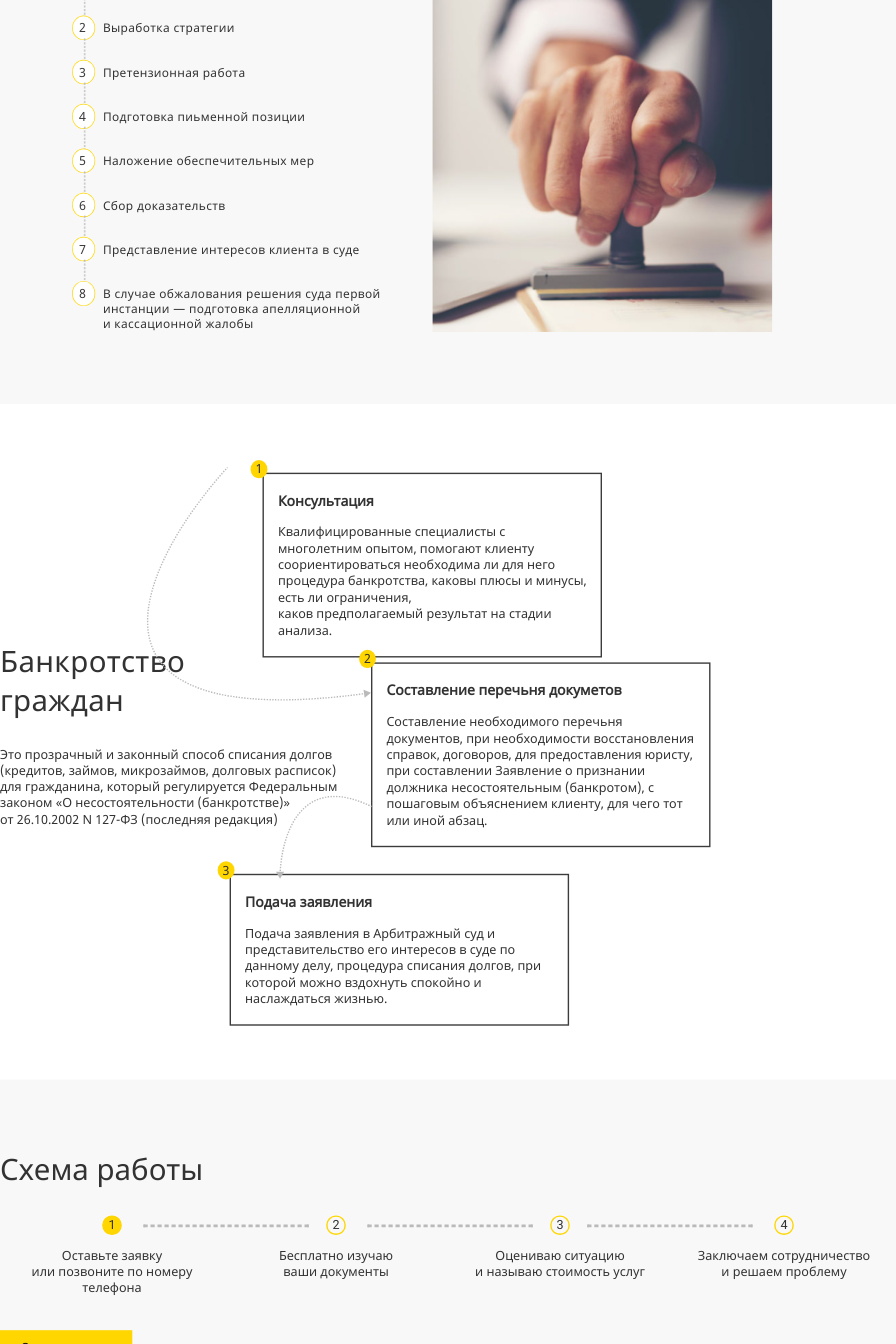
Repository: Nisovaki/antei
Page: http://localhost/
These files come from the project's save history. The page is drawn as it stood at one moment and after the next save; the edit follows.
The browser window is 1280 px wide. The pictures show the part of the page from y = 2596 to 4516 px (the page is 6064 px tall), at 70% of full size.
The page is run by PHP 8.4 with error messages shown; the project is at /var/www/html/. Style sheets and scripts are compiled from the project's sources, by tool versions that may differ from the author's.

Above is the page before, as saved 2022-03-19 02:36:49.

After the next save:
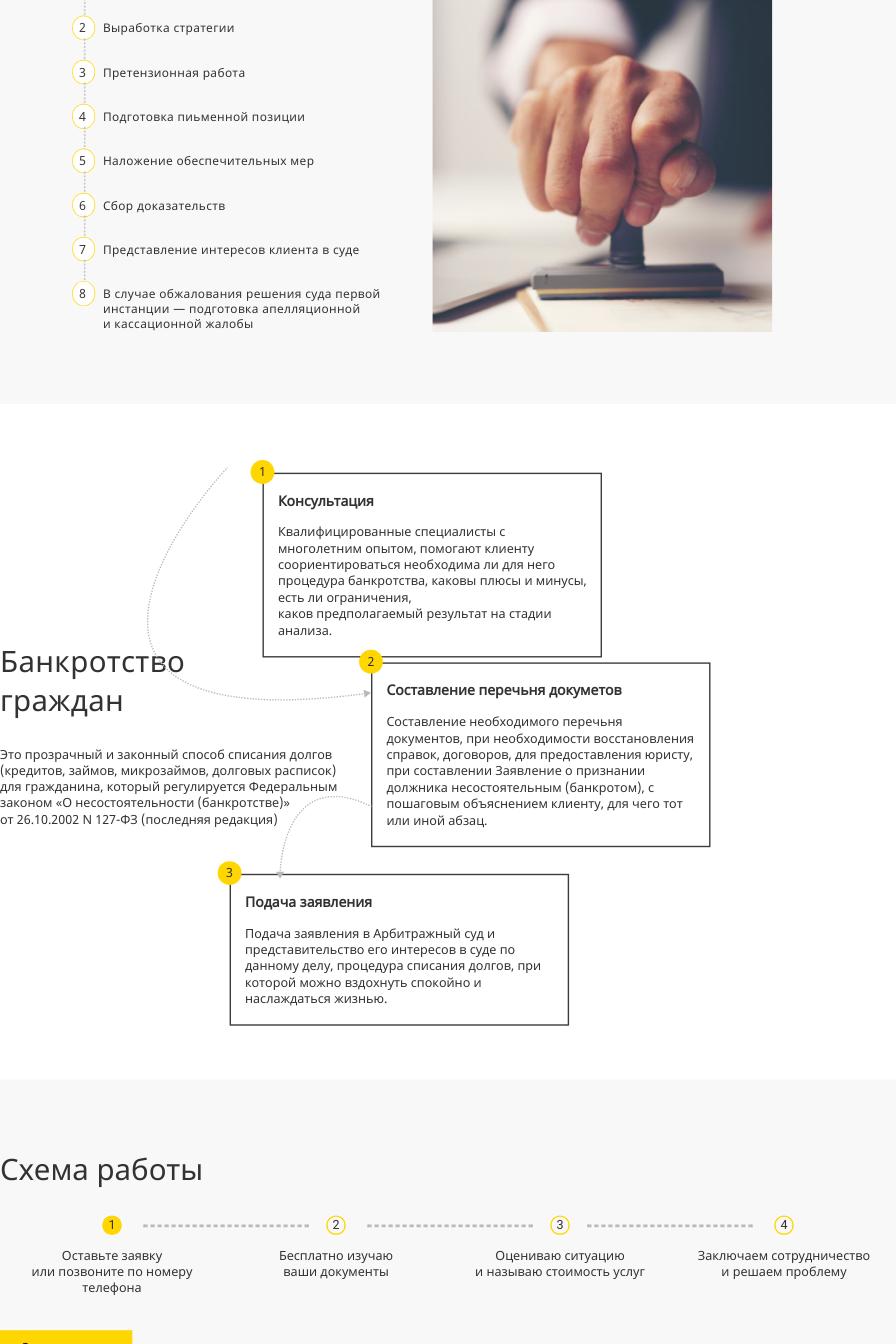
Saved 5 s later.
--- a/sass/block/_smash.sass
+++ b/sass/block/_smash.sass
@@ -37,7 +37,7 @@
             left: -19px
             background-color: $btn-color
             border-radius: 50%
-            padding: 1px 7px 1px 7px
+            padding: 5px 12px 5px 12px
             font-size: 18px
             line-height: 130%
             font-family: "Noto Sans"
